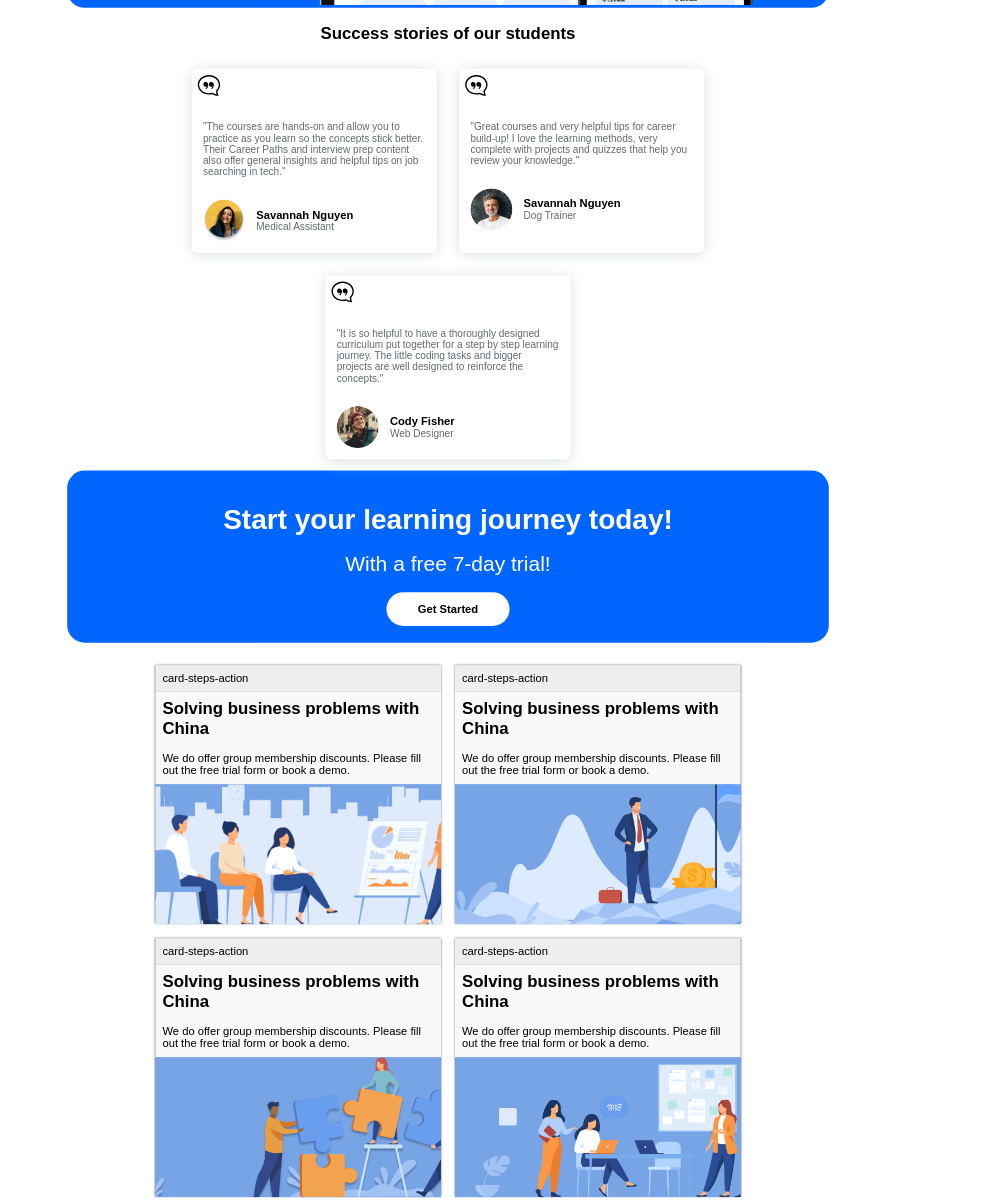
Repository: BinhIT/ChineseLearn
Page: index.html
These files come from the project's save history. The page is drawn as it stood at one moment and after the next save; the edit follows.
The browser window is 1280 px wide. The page is 1436 px wide, so the pictures cover 1436 px, including what lies to the right of the window. The pictures show the part of the page from y = 1923 to 3643 px (the page is 3643 px tall), at 70% of full size.

Above is the page before, as saved 2023-03-02 07:41:31.
Console error: ReferenceError: $ is not defined

### index.html
<!DOCTYPE html>
<html lang="en">

<head>
    <meta charset="UTF-8">
    <meta http-equiv="X-UA-Compatible" content="IE=edge">
    <meta name="viewport" content="width=device-width, initial-scale=1.0">
    <link rel="icon" type="image/x-icon" href="./image/uil_english-to-chinese.svg">
    <meta name="viewport" content="width=device-width, initial-scale=1">
    <link rel="stylesheet" href="https://cdnjs.cloudflare.com/ajax/libs/font-awesome/4.7.0/css/font-awesome.min.css">
    <meta name="viewport" content="width=device-width, initial-scale=1">
    <link rel="stylesheet" href="https://cdnjs.cloudflare.com/ajax/libs/font-awesome/4.7.0/css/font-awesome.min.css">
    <link rel="stylesheet" href="./css/main.css">
    <link rel="stylesheet" href="./css/header.css">
    <link rel="stylesheet" href="./css/section.css">
    <link rel="stylesheet" href="./css/stories_card.css">
    <link rel="stylesheet" href="./css/4step.css">
    <title>Learn Chinese </title>
</head>

<body>
    <nav id="menu_header">
        <a href="javascript:void(0);" class="icon_nav" onclick="myFunction()">
            <i class="fa fa-bars"></i>
        </a>
        <label class="logo_main"><img src="./image/logo.png" alt=""></label>
        <label class="logo_mobile"><img src="./image/logo_short.png" alt=""></label>
        <ul id="menu_link">
            <li><a href="#">About us</a></li>
            <li><a href="#">Fricing</a></li>
            <li><a href="#">Help</a></li>
        </ul>
        <ul id="menu_btn">
            <button class="btn default">Sign In</button>
            <button class="btn info">Get Started</button>
        </ul>

    </nav>
    <!-- Hero section -->
    <section class="hero-section">
        <div class="row flex-container ">
            <div class="hero-col1">
                <h1>We help you learn chinese and get hired quickly</h1>
                <h4>The free, fun, and effective way to learn a language!</h4>
                <button class="btn btn_hero">Get Started</button>
            </div>
            <div class="hero-col2">
                <img src="./image/img-hero.png" alt="">
            </div>
        </div>

    </section>
    <!--End hero section -->
    <!-- Start section -->
    <section class="start-section">
        <div class="row flex-container">
            <div class="start-img">
                <img src="./image/start.png" alt="">
            </div>
            <div class="start-content">
                <h1>Start your business</h1>
                <p>Want to start speaking Chinese from your first lesson? You will! Our lessons take you by the hand and
                    guide you through real Chinese conversations. Our teachers slow down and explain every word and
                    phrase.
                </p>
                <p>
                    Just imagine... you’ll finally understand every Chinese word you hear.Learning for travel or love?
                    Want
                    to focus on reading, writing, grammar or culture? You get lessons based on your goals and needs.
                </p>
            </div>

        </div>

    </section>
    <!--End Start section -->
    <!-- Innovative section -->
    <section class="row innovative-section">
        <div class=" innovative-container">
            <div class="innovative-content">
                <h1>Innovative teaching methods</h1>
                <h4>Transform your life by committing to learning for 30 minutes a day</h4>
            </div>
            <div class="innovative-img">
                <img src="./image/innovative.png" alt="">
            </div>

        </div>

    </section>
    <!--End Innovative section -->
    <!-- Section stories student -->
    <section class="stories-section">
        <h1>Success stories of our students</h1>
        <div class="wrapper">

            <div class="card">
                <div class="card-banner">
                    <img class="icon-img" src='./image/bi_chat-quote.svg' alt=''>
                </div>
                <div class="card-body">
                    <p class="blog-description">"The courses are hands-on and allow you to practice as you learn so the
                        concepts stick better. Their Career Paths and interview prep content also offer general insights
                        and helpful tips on job searching in tech."
                    </p>
                    <div class="card-profile">
                        <img class="profile-img" src='./image/Ellipse 1.png' alt=''>
                        <div class="card-profile-info">
                            <h3 class="profile-name">Savannah Nguyen</h3>
                            <p class="profile-followers">Medical Assistant</p>
                        </div>
                    </div>
                </div>
            </div>

            <div class="card">
                <div class="card-banner">
                    <img class="icon-img" src='./image/bi_chat-quote.svg' alt=''>
                </div>
                <div class="card-body">
                    <p class="blog-description">"Great courses and very helpful tips for career build-up! I love the
                        learning methods, very complete with projects and quizzes that help you review your knowledge."
                    </p>

                    <div class="card-profile">
                        <img class="profile-img" src='./image/Ellipse 2.png' alt=''>
                        <div class="card-profile-info">
                            <h3 class="profile-name">Savannah Nguyen</h3>
                            <p class="profile-followers">Dog Trainer</p>
                        </div>
                    </div>
                </div>
            </div>

            <div class="card">
                <div class="card-banner">
                    <img class="icon-img" src='./image/bi_chat-quote.svg' alt=''>
                </div>
                <div class="card-body">
                    <p class="blog-description">"It is so helpful to have a thoroughly designed curriculum put together
                        for a step by step learning journey. The little coding tasks and bigger projects are well
                        designed to reinforce the concepts."
                    </p>

                    <div class="card-profile">
                        <img class="profile-img" src='./image/Ellipse 3.png' alt=''>
                        <div class="card-profile-info">
                            <h3 class="profile-name">Cody Fisher</h3>
                            <p class="profile-followers">Web Designer</p>
                        </div>
                    </div>
                </div>
            </div>

        </div>
    </section>
    <!--End  Section stories student -->
    <!-- Section call to action -->
    <section class="call-action-section">
        <div class="wrapper call-action-wrapper">
            <h1>Start your learning journey today!</h1>
            <h3>With a free 7-day trial!</h3>
            <div>
                <button class="btn btn_defaut">Get Started</button>
            </div>

        </div>
    </section>
    <!--End  Section call to action -->
    <!-- Section steps-->
    <section class="steps-section">
        <div class="wrapper steps-wrapper">
            <div class="card-steps">
                <div class="card-steps-action">
                    <p>card-steps-action</p>
                </div>
                <div class="card-steps-content">
                    <h2>Solving business problems with China</h2>
                    <p>We do offer group membership discounts. Please fill out the free trial form or book a demo.</p>
                </div>
                <div class="card-steps-image" style="background-image: url('./image/step1-bg.png')">
                </div>
            </div>
            <div class="card-steps">
                <div class="card-steps-action">
                    <p>card-steps-action</p>
                </div>
                <div class="card-steps-content">
                    <h2>Solving business problems with China</h2>
                    <p>We do offer group membership discounts. Please fill out the free trial form or book a demo.</p>
                </div>
                <div class="card-steps-image" style="background-image: url('./image/step2-bg.png')">
                </div>
            </div>
            <div class="card-steps">
                <div class="card-steps-action">
                    <p>card-steps-action</p>
                </div>
                <div class="card-steps-content">
                    <h2>Solving business problems with China</h2>
                    <p>We do offer group membership discounts. Please fill out the free trial form or book a demo.</p>
                </div>
                <div class="card-steps-image" style="background-image: url('./image/step3-bg.png')">
                </div>
            </div>
            <div class="card-steps">
                <div class="card-steps-action">
                    <p>card-steps-action</p>
                </div>
                <div class="card-steps-content">
                    <h2>Solving business problems with China</h2>
                    <p>We do offer group membership discounts. Please fill out the free trial form or book a demo.</p>
                </div>
                <div class="card-steps-image" style="background-image: url('./image/step4-bg.png')">
                </div>
            </div>


        </div>

    </section>
    <!--End  Section steps -->
</body>
<script src="./js/header.js"></script>

</html>

### css/main.css
:root {
    --clr-gray-light: #d7dfe2;
    --clr-gray-med: #616b74;
    --clr-gray-dark: #414b56;
    --clr-primary: #0066FF;
    ;
}

@import url('https://fonts.googleapis.com/css2?family=Poppins:wght@500;600&display=swap');



* {
    padding: 0;
    margin: 0;
    text-decoration: none;
    list-style: none;
    font-family: 'Poppins', sans-serif;

}

body {
    width: 85%;
    padding: auto;
    margin: auto;
}

.wrapper {
    padding-top: 2%;
    display: flex;
    flex-wrap: wrap;
    justify-content: center;
}

.btn {
    border-radius: 25px;
    font-size: 16px;
    cursor: pointer;
    border: none;

}

.btn_defaut {
    background-color: #fff;
    padding: 15px 45px;
    font-weight: 700;
    color: #000;

}

.call-action-wrapper {
    color: #ffff;
    text-align: center;
    line-height: 4em;
    background-color: var(--clr-primary);
    flex-direction: column;
    height: 14em;
    border-radius: 25px;

}

.call-action-wrapper h1 {
    font-size: 40px;
}

.call-action-wrapper h3 {
    font-size: 30px;
    font-weight: 400;
}

### css/header.css
#menu_header {
    display: flex;
    flex-wrap: nowrap;
    justify-content: space-between;
    align-items: center;
}

nav {
    height: 65px;
    margin: 0 auto;
    background: #ffffff;
    border-bottom: 2px solid #B3B3B3;
}

label.logo {
    font-size: 35px;
    font-weight: bold;
    color: #fff;
    padding: 0 100px;
    line-height: 80px;
}

nav ul {
    float: right;
    margin-right: 40px;
}

nav li {
    display: inline-block;
    margin: 0 8px;
    line-height: 80px;
}

nav a {
    color: #000000;
    font-size: 18px;
    font-weight: 700;
    border: 1px solid transparent;
    padding: 7px 10px;
    border-radius: 3px;
}

a.active,
a:hover {
    border: 1px solid #000000;
    transition: .5s;
}


/* Blue */
.info {
    background-color: #0066FF;
    border-color: #2196F3;
    color: rgb(255, 255, 255);
    padding: 8px 28px;
}

.info:hover {
    background: #0066FF;
    color: white;
}

/* Gray */
.default {
    border-color: #e7e7e7;
    color: black;
    padding: 8px 28px;
}

.default:hover {
    background: #e7e7e7;
}

/* logo */
.logo_mobile {
    display: none;
}

#menu_header .icon_nav {
    display: none;

}



@media only screen and (max-width:854px) {
    .logo_mobile {
        display: block;
    }

    .logo_main {
        display: none;
    }

    nav {
        width: 95%;
    }

    #menu_header .icon_nav {
        display: block;
        width: 30%;
    }

    #menu_btn {
        display: contents;
        float: right;
    }

    #menu_btn .default {
        display: none;
    }

    #menu_header #menu_link {
        display: none;
    }

    .btn_header {
        font-size: 5px;
        padding: 8px 25px;
    }


}

@media only screen and (max-width: 1024px) {
    nav #icon {
        display: block;
    }

    .logo_mobile {
        display: block;
        width: 15%;
    }

    .logo_main {
        display: none;
    }

    nav a {
        font-size: 18px;
    }

    a.active,
    a:hover {
        border: none;
        color: #3498db;
    }

    nav ul.show {
        left: 0;
    }

    .btn_header {

        font-size: 8px;
    }
}

### css/section.css
/* section hero */
.row {

    margin: auto;
    padding: auto;
}

.hero-section {
    padding-top: 5%;
}

.hero-col1 {
    padding-top: 4%;
    line-height: 5em;
}

.hero-col1 h1 {
    font-size: 45px;

}

.flex-container {
    display: flex;
}

.btn_hero {
    background-color: var(--clr-primary);
    border-color: #2196F3;
    color: rgb(255, 255, 255);
    padding: 10px 35px;
}

/* Start section */
.start-section {
    margin-top: 5%;
}

.start-content {
    padding: 5% 5%;
    margin: auto;
}

.start-content h1 {
    font-size: 40px;
}

.start-content p {
    font-size: 20px;
    padding-top: 5%;
}

/* innovative-section */
.innovative-section {
    margin-top: 5%;
    background-color: var(--clr-primary);
    text-align: center;
    border-radius: 25px;
}

.innovative-container {
    display: flex;
    flex-direction: column;
    justify-content: space-around;
}

.innovative-content {
    line-height: 4em;
    display: block;
    margin-left: auto;
    margin-right: auto;
    padding: 2%;
    color: #ffffff;
}

.innovative-content h1 {
    font-size: 40px;
}

.innovative-content h4 {
    font-weight: 300;
    font-size: 30px;
}

.innovative-img img {
    padding-top: 2%;
}

/* reponsive section */
@media screen and (max-width: 1265px) {
    .flex-container {
        flex-wrap: wrap;
    }

    .innovative-img img {
        max-width: 90%;
    }


}

/* tablet */
@media screen and (max-width: 1024px) {
    .hero-col1 h1 {
        font-size: 50px;

    }

    .hero-col1 h4 {
        font-size: 30px;

    }

    .innovative-img img {
        max-width: 90%;
    }
}

/* Mobile */
@media only screen and (min-width: 595px) and (max-width:765px) {
    .hero-col1 {
        line-height: 4em;
    }

    .hero-col1 h1 {
        font-size: 50px;

    }

    .hero-col1 h4 {
        font-size: 30px;

    }


    .start-img img {
        width: 85%;
    }

    .start-content h1 {
        font-size: 25px;
    }

    .start-content p {
        font-size: 15px;
    }

    .hero-col2 img {
        width: 85%;
        padding: 5% 5%;
    }

}

@media only screen and (min-width: 360px) and (max-width:594px) {
    .hero-col1 {
        line-height: 3em;
    }

    .hero-col2 img {
        padding: 5% 5%;
    }

    .hero-col1 h1 {
        font-size: 35px;
    }

    .hero-col1 h4 {
        font-size: 19px;

    }

    .start-img img {
        width: 85%;
    }

    .start-content h1 {
        font-size: 25px;
    }

    .start-content p {
        font-size: 15px;
    }

    .hero-col2 img {
        width: 85%;
        padding: 5% 5%;
    }
}

### css/stories_card.css
.card {
    overflow: hidden;
    box-shadow: 0px 2px 20px var(--clr-gray-light);
    background: white;
    border-radius: 0.5rem;
    position: relative;
    width: 350px;
    margin: 1rem;
    transition: 250ms all ease-in-out;
    cursor: pointer;
}

.card:hover {
    transform: scale(1.05);
    box-shadow: 0px 2px 40px var(--clr-gray-light);
}

.icon-img {
    padding-top: 2%;
    height: 2rem;
    width: 14%;
}


.card-body {
    margin: 2rem 1rem 1rem 1rem;
}

.blog-hashtag {
    font-size: 0.9rem;
    font-weight: 500;
    color: var(--clr-link);
}

.blog-title {
    line-height: 1.5rem;
    margin: 1rem 0 0.5rem;
}

.blog-description {
    color: var(--clr-gray-med);
    font-size: 0.9rem;
    text-align: left;
}

.card-profile {
    display: flex;
    margin-top: 2rem;
    align-items: center;
}

.profile-img {
    width: 60px;
    height: 60px;
    object-fit: cover;
    border-radius: 50%;
}

.card-profile-info {
    margin-left: 1rem;
}

.profile-name {
    font-size: 1rem;
}

.profile-followers {
    color: var(--clr-gray-med);
    font-size: 0.9rem;
}

.stories-section h1 {
    padding-top: 2%;
    text-align: center;
}

### css/4step.css
.card-steps {
    width: calc(39.33333% - 20px);
    display: flex;
    flex-wrap: wrap;
    flex-direction: column;
    margin: 10px;
    background-color: #77A4E5;
    box-shadow: 0 0 3px var(--clr-gray-med);
}

.card-steps-image {
    flex: 0 0 auto;
    min-height: 100px;
    height: 200px;
    background-size: cover;
    background-position: center;
}

.card-steps-content {
    flex: 1 0 auto;
    width: 100%;
    background-color: #f9f9f9;
}

.card-steps-content * {
    padding: 10px;
}

.card-steps-action {
    flex: 0 0 auto;
    align-self: flex-end;
    width: 100%;
    background-color: #eee;
}

.card-steps-action * {
    padding: 10px;
}

@media (max-width: 768px) {
    .container {
        margin: 0;
    }

    .card-steps {
        width: 100%;
        flex-direction: row;
    }

    .card-steps-image {
        height: auto;
        flex: 1 0;
    }

    .card-steps-content {
        flex: 2 0;
    }

    .card-steps-action {
        flex: 1 0 100%;
    }
}

### js/header.js
var $animation_elements = $('.animation-element');
var $window = $(window);

function check_if_in_view() {
    var window_height = $window.height();
    var window_top_position = $window.scrollTop();
    var window_bottom_position = (window_top_position + window_height);

    $.each($animation_elements, function () {
        var $element = $(this);
        var element_height = $element.outerHeight();
        var element_top_position = $element.offset().top;
        var element_bottom_position = (element_top_position + element_height);

        //check to see if this current container is within viewport
        if ((element_bottom_position >= window_top_position) &&
            (element_top_position <= window_bottom_position)) {
            $element.addClass('in-view');
        } else {
            $element.removeClass('in-view');
        }
    });
}

$window.on('scroll resize', check_if_in_view);
$window.trigger('scroll');

After the next save:
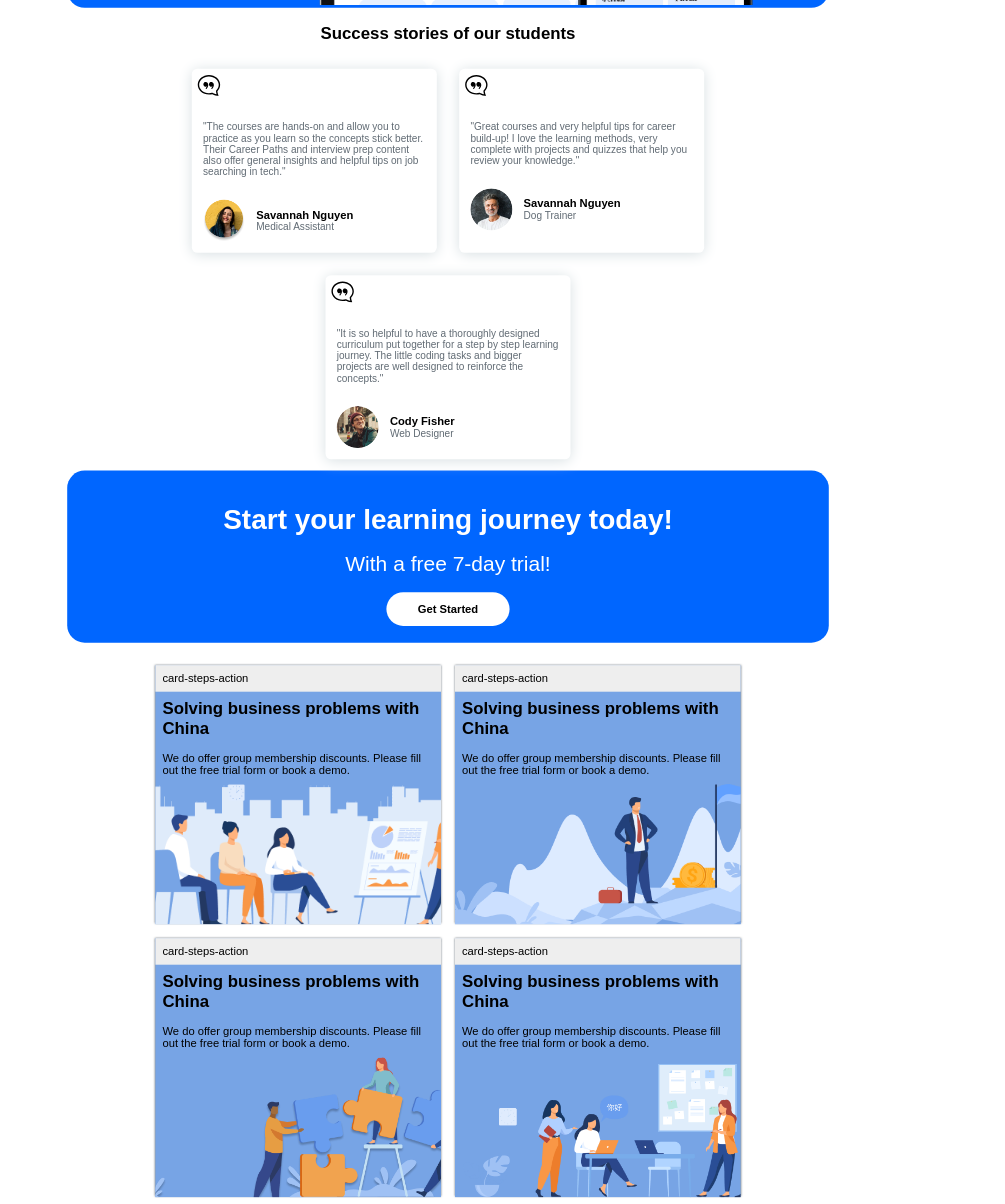
Saved 18 s later.
--- a/css/4step.css
+++ b/css/4step.css
@@ -19,7 +19,7 @@
 .card-steps-content {
     flex: 1 0 auto;
     width: 100%;
-    background-color: #f9f9f9;
+    /* background-color: #f9f9f9; */
 }
 
 .card-steps-content * {
